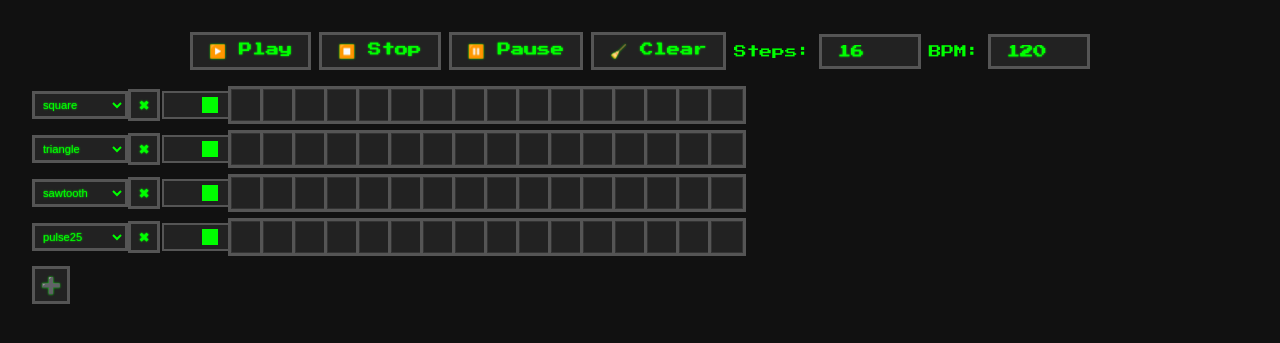
Repository: Aldentec/8-bit-Composer
Page: index.html
An editor plug-in stored every save of this project. The page is shown before and after the next save, followed by the edit.
The browser window is 1280 px wide. The pictures show the whole page.
Some web libraries are served in a nearby version.

Above is the page before, as saved 2025-05-28 17:14:24.

After the next save:
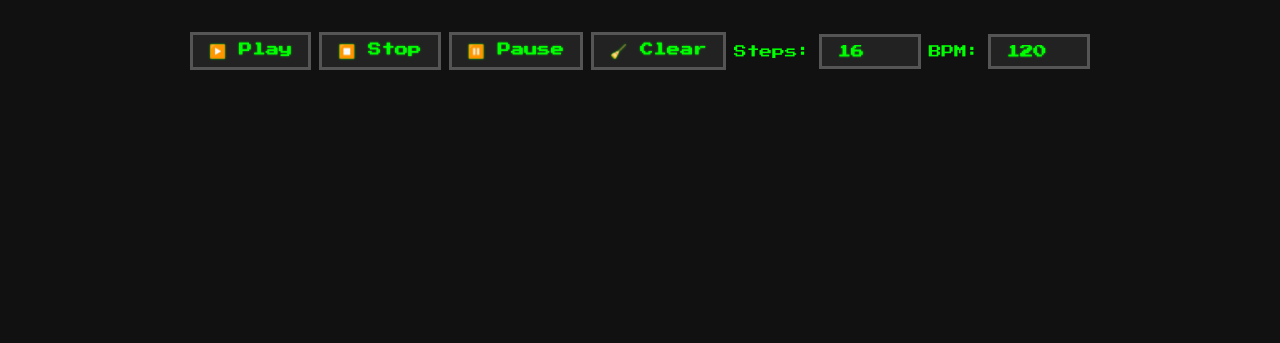
Console error: SyntaxError: Identifier 'updateConnectedStyles' has already been declared
Saved 2 min 36 s later.
--- a/js/grid.js
+++ b/js/grid.js
@@ -230,3 +230,45 @@ export function clearGrid() {
     c.textContent = '';
   });
 }
+
+function updateConnectedStyles(container) {
+  // 1) clear everything first
+  container.querySelectorAll('.cell').forEach(cell => {
+    cell.classList.remove('connected-left','connected-right');
+  });
+
+  // 2) for each row, scan contiguous runs
+  for (let row = 0; row < CHANNELS; row++) {
+    let step = 0;
+    while (step < STEPS) {
+      // skip inactive
+      if (!gridState[row][step]) { step++; continue; }
+
+      // count how long this run is
+      let length = 1;
+      while (step + length < STEPS && gridState[row][step + length]) {
+        length++;
+      }
+
+      // only if length > 1 do we chain them
+      if (length > 1) {
+        // run start
+        const startCell = container.querySelector(`.cell[data-row="${row}"][data-step="${step}"]`);
+        startCell.classList.add('connected-right');
+
+        // interior
+        for (let i = 1; i < length - 1; i++) {
+          const mid = container.querySelector(`.cell[data-row="${row}"][data-step="${step + i}"]`);
+          mid.classList.add('connected-left','connected-right');
+        }
+
+        // run end
+        const endCell = container.querySelector(`.cell[data-row="${row}"][data-step="${step + length - 1}"]`);
+        endCell.classList.add('connected-left');
+      }
+
+      // move past this run
+      step += length;
+    }
+  }
+}
